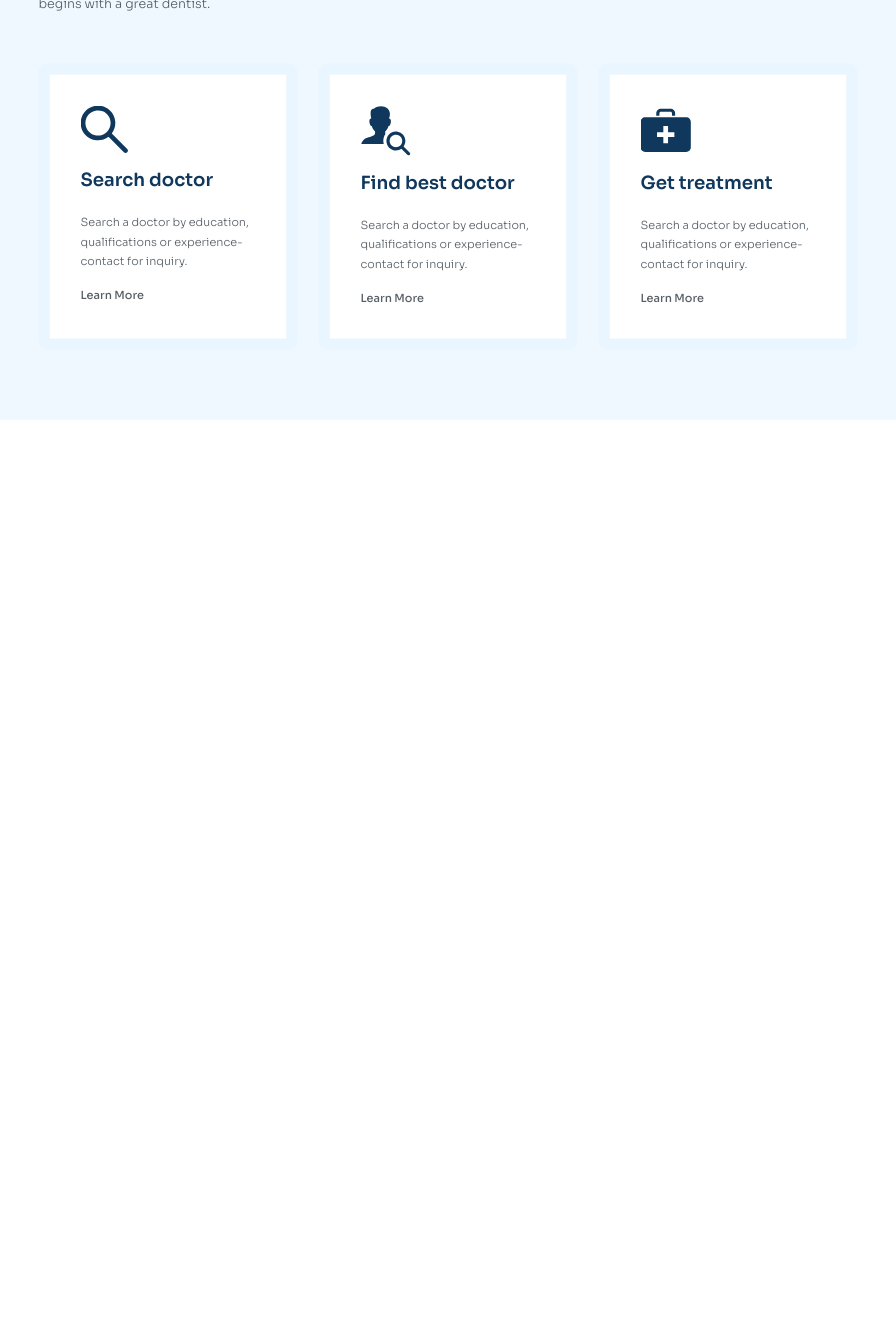
Repository: han2003dz/f8-project-03
Page: index.html
An editor plug-in stored every save of this project. The page is shown before and after the next save, followed by the edit.
The browser window is 1280 px wide. The pictures show the part of the page from y = 2104 to 4024 px (the page is 6000 px tall), at 70% of full size.

Above is the page before, as saved 2023-05-06 21:44:40.

After the next save:
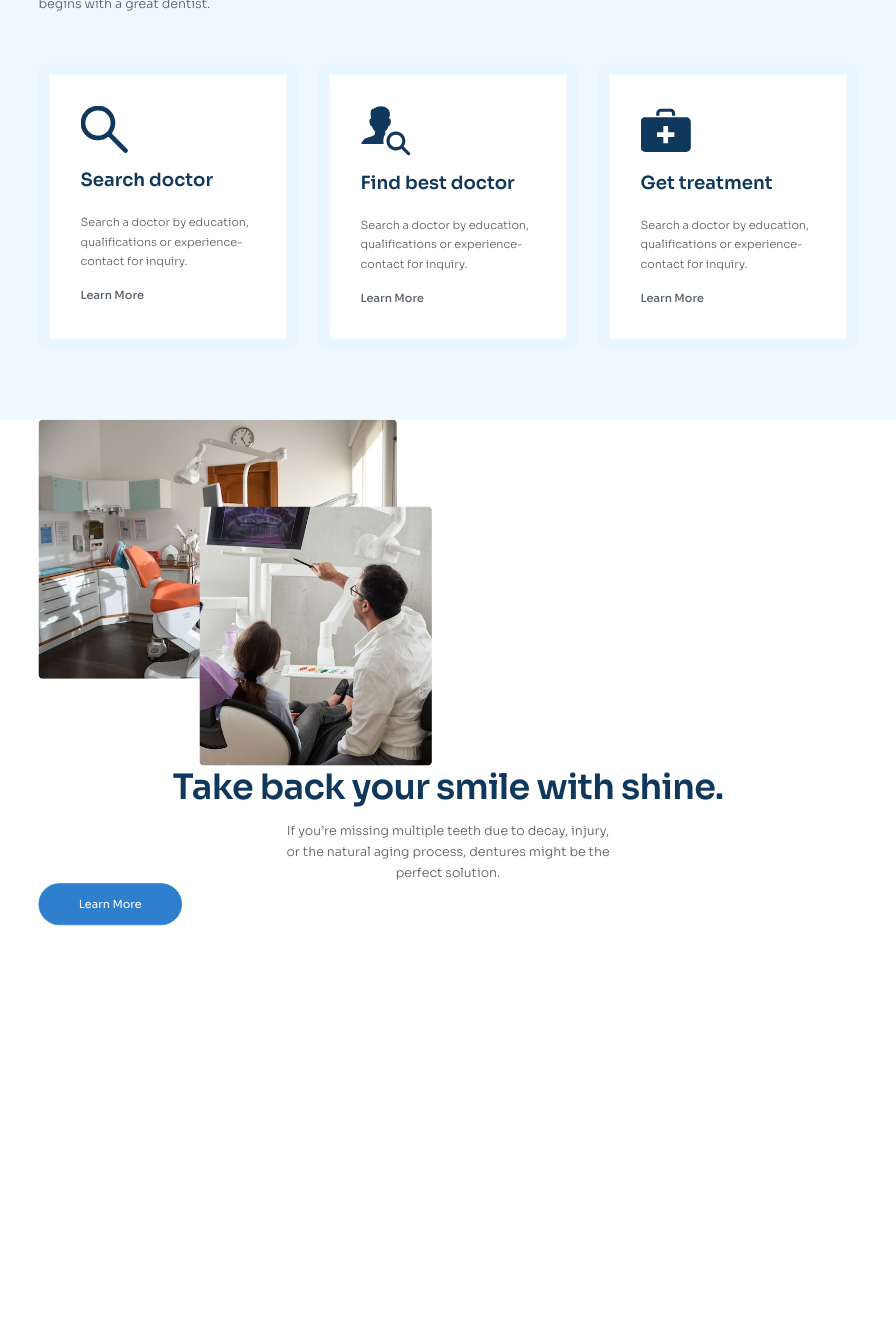
Saved 5 s later.
--- a/index.html
+++ b/index.html
@@ -202,7 +202,23 @@
             </div>
         </section>
         <!-- feature -->
-        <section></section>
+        <section>
+            <div class="container">
+                <div class="feature__media">
+                    <figure class="feature__images">
+                        <img src="./assets/img/feature-img1.jpg" alt="" class="feature__img">
+                        <img src="./assets/img/feature-img2.jpg" alt="" class="feature__img">
+                    </figure>
+                </div>
+                <section class="feature__content">
+                    <h2 class="section-heading">Take back your smile with shine.</h2>
+                    <p class="section-desc">If you’re missing multiple teeth due to decay, injury, or the natural aging
+                        process, dentures might be the perfect solution.
+                    </p>
+                    <a href="#!" class="btn">Learn More</a>
+                </section>
+            </div>
+        </section>
     </main>
     <script src="./assets/app.js"></script>
 </body>
